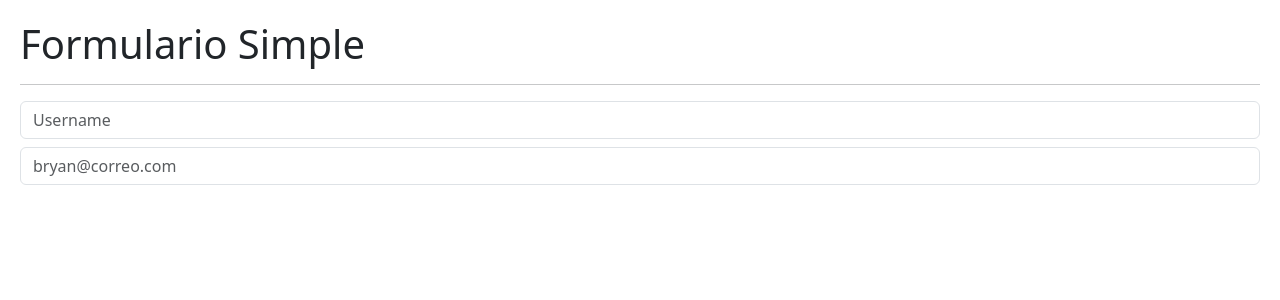
Repository: bryanesteban/hooks-App
Page: /
The author's editor kept a copy of each file at every save. The page is drawn from the files as they stood at one save, then again after the next save.
The browser window is 1280 px wide. The pictures show the whole page.
The project was rebuilt for these pictures with package versions that can differ from the ones it lists, and the page was loaded fresh each time. Also part of the build but not shown: vite.config.js, src/HooksApp.jsx, src/01-useState/CounterApp.jsx, src/01-useState/useCounter.jsx, src/01-useState/CounterWithCustomHook.jsx.

Above is the page before, as saved 2024-06-26 15:48:20.

### src/main.jsx
import React from 'react'
import ReactDOM from 'react-dom/client'
import './index.css'
import { HooksApp } from './HooksApp'
import { CounterApp } from './01-useState/CounterApp'
import { CounterWithCustomHook } from './01-useState/CounterWithCustomHook'
import { SimpleForm } from './02-useEffect/SimpleForm'

ReactDOM.createRoot(document.getElementById('root')).render(
  <React.StrictMode>
    <SimpleForm />
  </React.StrictMode>
)

### src/02-useEffect/SimpleForm.jsx


import React, { useState } from 'react'

export const SimpleForm = () => {

    const [formState, setFormState] = useState({
        username:'Evalion',
        email: 'bryanesteban_123@hotmail.com',
    });

    const { username, email} = formState;


return (

    <>
        <h1>Formulario Simple</h1>
        <hr/>

        <input
            type="text"
            className="form-control"
            placeholder="Username"
            name="username"

        />

        <input
            type="email"
            className="form-control mt-2"
            placeholder="bryan@correo.com"
            name="email"

        />



    </>
  )
}

Loaded but not shown: index.html (common file); src/index.css (common file)

After the next save:
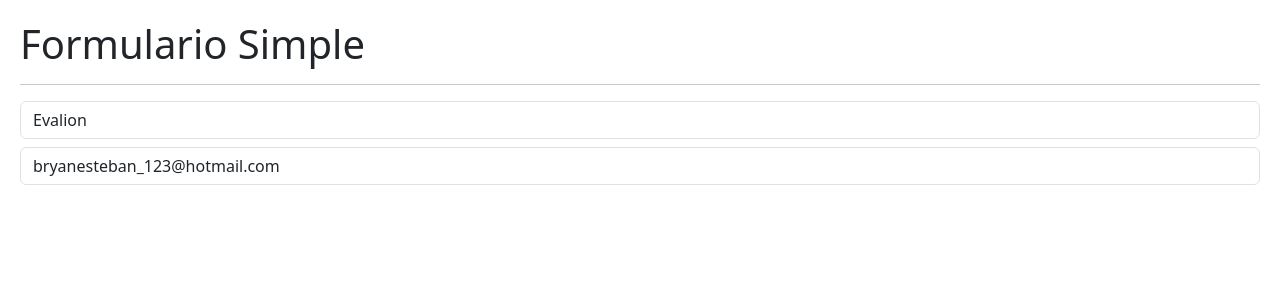
Saved 20 s later.
--- a/src/02-useEffect/SimpleForm.jsx
+++ b/src/02-useEffect/SimpleForm.jsx
@@ -23,7 +23,7 @@
             className="form-control"
             placeholder="Username"
             name="username"
-
+            value={username}
         />
 
         <input
@@ -31,7 +31,7 @@
             className="form-control mt-2"
             placeholder="bryan@correo.com"
             name="email"
-
+            value={email}
         />
 
 
